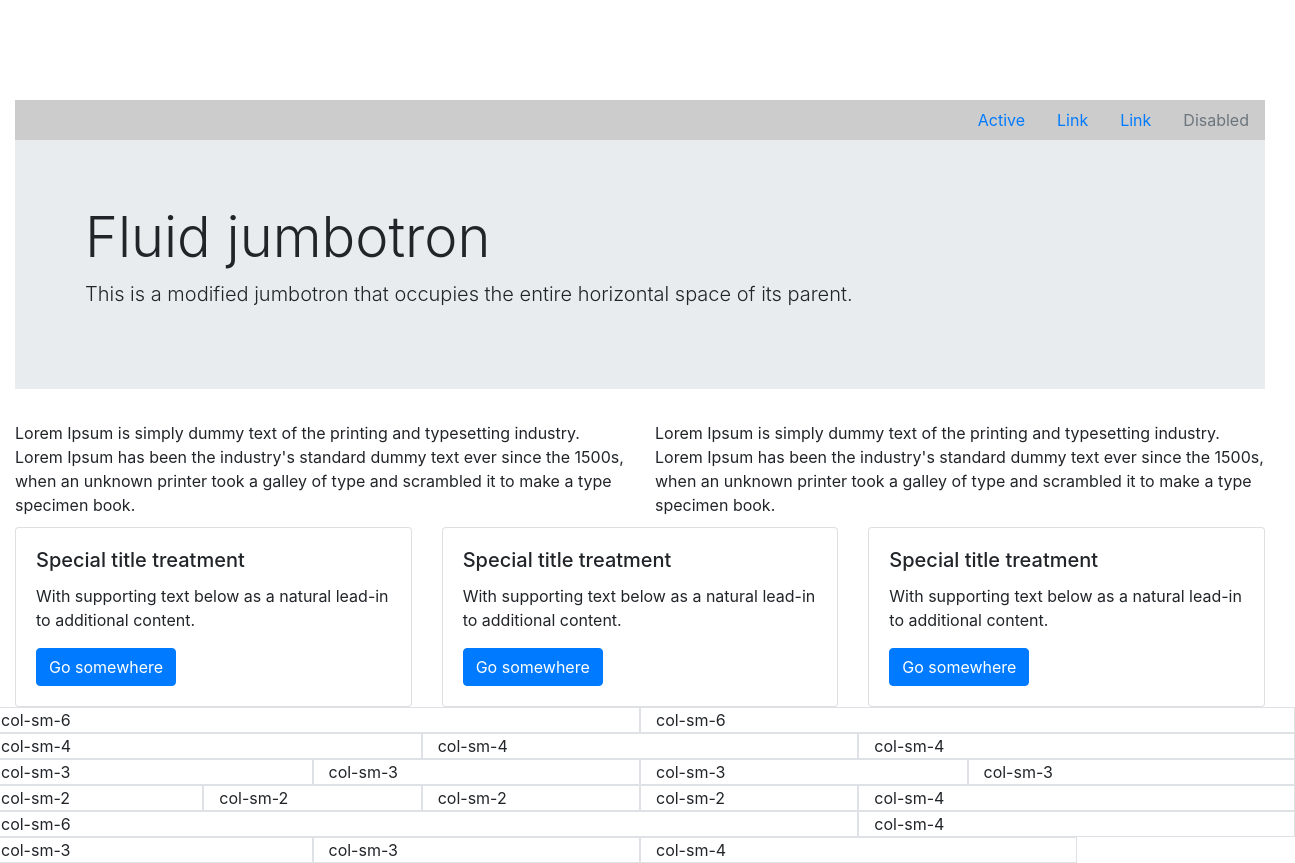
Repository: Green-Technologies-Angular/HTML
Page: index.html
These files come from the project's save history. The page is drawn as it stood at one moment and after the next save; the edit follows.
The browser window is 1280 px wide. The page is 1295 px wide, so the pictures cover 1295 px, including what lies to the right of the window. The pictures show the whole page.

Above is the page before, as saved 2019-01-31 10:23:43.

After the next save:
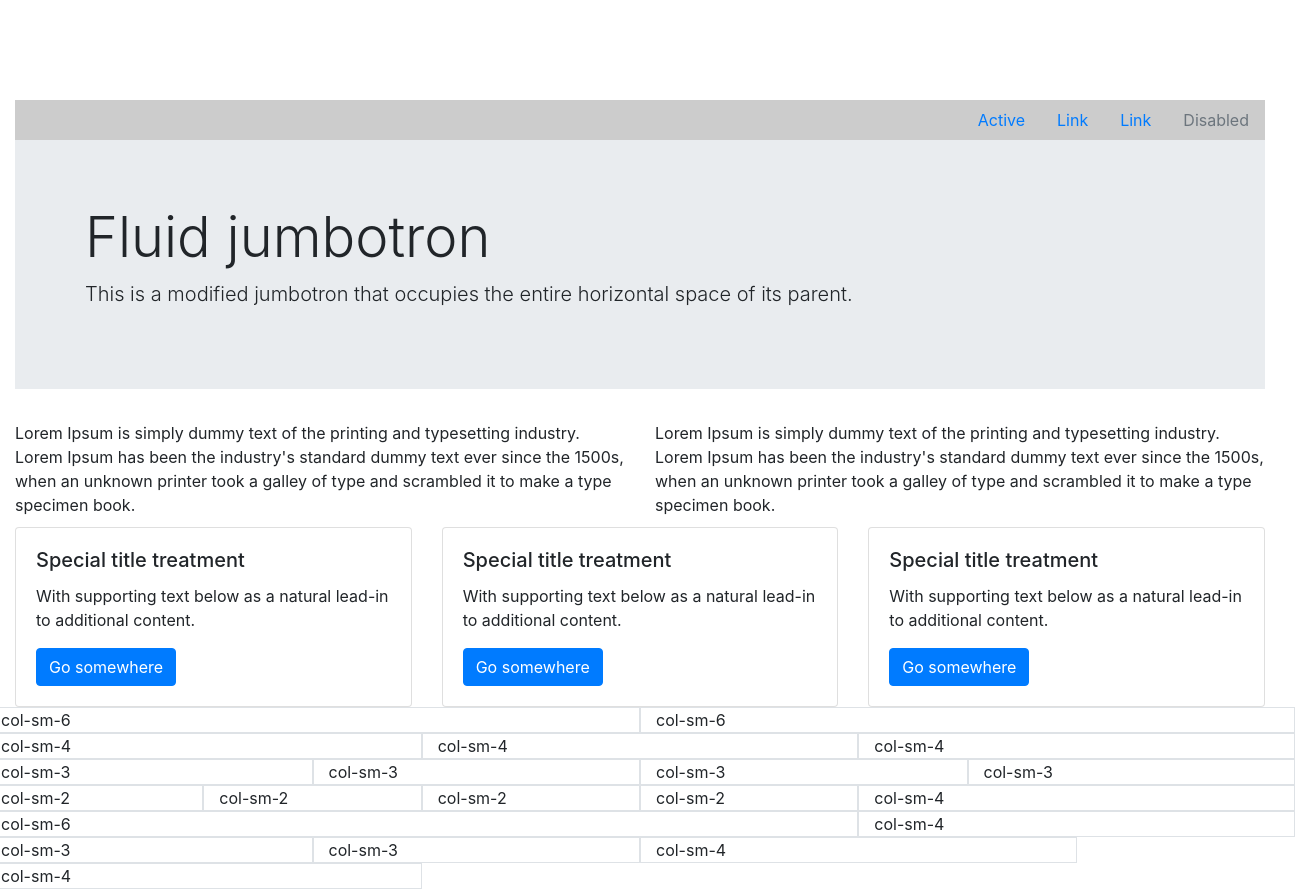
Saved 24 s later.
--- a/index.html
+++ b/index.html
@@ -111,10 +111,11 @@
             <div class="col-sm-4 border">col-sm-4</div>
         </div>
         <div class="row">
-                <div class="col-sm-3 border">col-sm-3</div>
-                <div class="col-sm-3 border">col-sm-3</div>
-                <div class="col-sm-4 border">col-sm-4</div>
-            </div>
+            <div class="col-sm-3 border">col-sm-3</div>
+            <div class="col-sm-3 border">col-sm-3</div>
+            <div class="col-sm-4 border">col-sm-4</div>
+            <div class="col-sm-4 border">col-sm-4</div>
+        </div>
     <script src="script/jquery.js"></script>
     <script src="script/popper.js"></script>
     <script src="script/bootstrap.js"></script>
